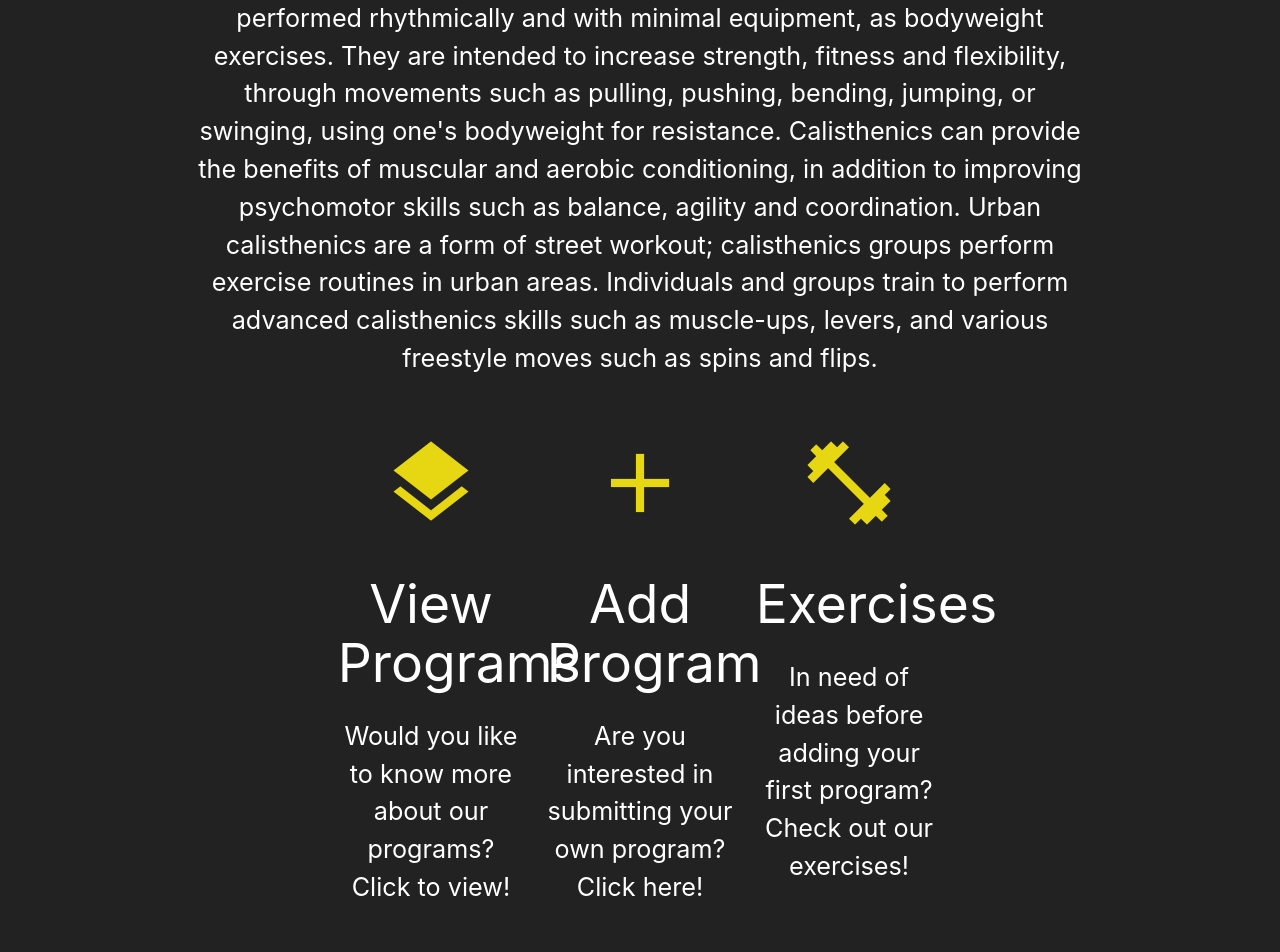
Repository: Ario124/calisthenics-project
Page: http://localhost/
The author's editor kept a record of every edit. The page is drawn from the files as they stood at one moment, then again after the next edit.
The browser window is 1280 px wide. The pictures show the part of the page from y = 1034 to 1986 px (the page is 1986 px tall).
The page is served by the project's application, run on Flask 3 (app.py).

Above is the page before.

### templates/index.html
{% extends 'base.html' %}
{% block content %}

     <div class="video-container">
        <iframe src="///www.youtube.com/embed/FHBtLAvNGo4?start=14&end=103&controls=0&showinfo=0&rel=0&autoplay=1&loop=1&playlist=FHBtLAvNGo4&mute=1" frameborder="0" allowfullscreen></iframe>
      </div>


                <div class="container">
                    <div class="col s12 center">
                        <h1 class="center">What is Calisthenics?</h1>

                        <p class="flow-text">
                            Calisthenics is a form of exercise consisting of a variety of movements which exercise large muscle groups
                            (gross motor movements), such as running, standing, grasping, pushing, etc. These exercises are often performed rhythmically
                            and with minimal equipment, as bodyweight exercises.<span class ="hide-on-small-only"> They are intended to increase strength, fitness and flexibility, through
                            movements such as pulling, pushing, bending, jumping, or swinging, using one's bodyweight for resistance. Calisthenics can provide
                            the benefits of muscular and aerobic conditioning, in addition to improving psychomotor skills such as balance, agility and coordination.

                            Urban calisthenics are a form of street workout; calisthenics groups perform exercise routines in urban areas.
                            Individuals and groups train to perform advanced calisthenics skills such as muscle-ups, levers, and various freestyle moves such as spins and flips.</span>

                        </p>

                        <ul class="hide-on-large-only collapsible">
                            <li>
                                <div class="collapsible-header"><i class="material-icons">info_outline</i>Read More</div>
                                <div class="collapsible-body"><span>They are intended to increase strength, fitness and flexibility, through
                            movements such as pulling, pushing, bending, jumping, or swinging, using one's bodyweight for resistance. Calisthenics can provide
                            the benefits of muscular and aerobic conditioning, in addition to improving psychomotor skills such as balance, agility and coordination.

                            Urban calisthenics are a form of street workout; calisthenics groups perform exercise routines in urban areas.
                            Individuals and groups train to perform advanced calisthenics skills such as muscle-ups, levers, and various freestyle moves such as spins and flips.</span></div>
                            </li>
                        </ul>

                       <!--  <div class="row">
                            <div class="">
                                    <i class="icon-size material-icons">arrow_downward</i>
                            </div>

                        </div>

                    </div>

                </div>
              <div class="row contoo">
                    <h2 class="center-align">Training Programs</h2>
                    <h1>TEST</h1>
                    -->
            </div>
        <div class="container">
    <div class="center-align row">

      <div class="col s4">
          <i class="material-icons icon-size icon-color">layers</i>
        <h2>View Programs</h2>
        <p class="flow-text">Would you like to know more about our programs? Click to view!</p>
      </div>
      <div class="col s4">
          <i class="material-icons icon-size icon-color">add</i>
        <h2>Add Program</h2>
        <p class="flow-text">Are you interested in submitting your own program? Click here!</p>
      </div>
      <div class="col s4">
          <i class="material-icons icon-size icon-color">fitness_center</i>
        <h2>Exercises</h2>
        <p class="flow-text">In need of ideas before adding your first program? Check out our exercises!</p>
      </div>

    </div>
        </div>



{% endblock %}

### templates/base.html
<!DOCTYPE html>
<html lang="en">
<head>
    <link href="https://fonts.googleapis.com/icon?family=Material+Icons" rel="stylesheet">
    <link rel="stylesheet" href="https://cdnjs.cloudflare.com/ajax/libs/materialize/1.0.0/css/materialize.min.css">
    <link rel="stylesheet" href="{{url_for('static', filename="css/main.css")}}" type="text/css" />

    <title>Calisthenics Project</title>
    <link rel="icon" href="https://d1ujqdpfgkvqfi.cloudfront.net/favicon-generator/htdocs/favicons/2019-09-19/50f3ab5b7a10e0ae0911c83435938cd6.ico.png">
</head>
<body>
    <header>

        <div class="navbar-fixed">
            <nav>
                <div class="nav-wrapper">
                    <a href="{{url_for('home')}}" class="brand-logo center"><i class="material-icons hoomee">home</i>Calisthenics</a>
                    <a href="#" data-target="mobile-demo" class="sidenav-trigger"><i class="material-icons">menu</i></a>
                    <ul class="right hide-on-med-and-down">
                        <li><a href="{{url_for('get_programs')}}">View Programs</a></li>
                        <li><a href="{{url_for('add_program')}}">Add Program</a></li>
                        <li><a href="{{url_for('exercises')}}">Exercises</a></li>
                        <li><a href="{{url_for('contact')}}">Contact Us</a></li>
                    </ul>
                </div>
            </nav>

            <ul class="sidenav" id="mobile-demo">
                <li><a href="{{url_for('get_programs')}}">View Programs</a></li>
                <li><a href="{{url_for('add_program')}}">Add Program</a></li>
                <li><a href="{{url_for('exercises')}}">Exercises</a></li>
                <li><a href="{{url_for('contact')}}">Contact Us</a></li>
            </ul>
        </div>



    </header>
    {% block content %} {% endblock %}

    <script src="https://cdnjs.cloudflare.com/ajax/libs/jquery/3.4.1/jquery.min.js"></script>
    <script src="https://cdnjs.cloudflare.com/ajax/libs/materialize/1.0.0/js/materialize.min.js"></script>


    <!--- Problem with new Chrome version, seems like the materialize dropdown is not working properly.
              Due to this incident you might have to click twice before being able to select.--->

    <script type="text/javascript">
        M.AutoInit()
    </script>

</body>

</html>

### app.py
import os
from flask import Flask, render_template, redirect, request, url_for
from flask_pymongo import PyMongo
from bson.objectid import ObjectId

app = Flask(__name__)


app.config["MONGO_DBNAME"] = 'calisthenics-project'
app.config["MONGO_URI"] = 'mongodb+srv://root:pasol005@myfirstcluster-qno2b.mongodb.net/calisthenics?retryWrites=true&w=majority'


mongo = PyMongo(app)

@app.route('/')
@app.route('/home')
def home():
    return render_template('index.html')

@app.route('/add_program')
def add_program():
    return render_template('add_program.html', categories =mongo.db.categories.find(), difficulty =mongo.db.difficulty.find())


@app.route('/categories')
def categories():
    return render_template('categories.html')

@app.route('/contact')
def contact():
    return render_template('contact.html')

@app.route('/get_programs')
def get_programs():
    return render_template('programs.html',
        training_programs=mongo.db.training_programs.find(), description =mongo.db.description.find())


@app.route('/insert_program', methods=['POST'])
def insert_program():
    training_programs = mongo.db.training_programs
    training_programs.insert_one(request.form.to_dict())
    return redirect(url_for('get_programs'))

@app.route('/edit_program/<program_id>')
def edit_program(program_id):
    _program = mongo.db.training_programs.find_one({"_id": ObjectId(program_id)})
    _categories = mongo.db.categories.find()
    _difficulty = mongo.db.difficulty.find()
    category_list = [category for category in _categories]
    difficulty_list = [difficult for difficult in _difficulty]
    return render_template('edit_program.html', program = _program, categories = category_list, difficulties = difficulty_list)


@app.route('/update_program/<program_id>', methods=['POST'])
def update_program(program_id):
    training_programs = mongo.db.training_programs
    training_programs.update({'_id': ObjectId(program_id)},
    {
        'category_name':request.form.get('category_name'),
        'difficulty_level':request.form.get('difficulty_level'),
        'program_name':request.form.get('program_name'),
        'exercise':request.form.get('exercise'),
        'exercise2':request.form.get('exercise2'),
        'exercise3':request.form.get('exercise3'),
        'sets_amount':request.form.get('sets_amount'),
        'sets_amount2':request.form.get('sets_amount2'),
        'sets_amount3':request.form.get('sets_amount3'),
        'reps_amount':request.form.get('reps_amount'),
        'reps_amount2':request.form.get('reps_amount2'),
         'reps_amount3':request.form.get('reps_amount3'),
        'equipment_required':request.form.get('equipment_required'),
        'description':request.form.get('description')
    })
    return redirect(url_for('get_programs'))

@app.route('/add_exercise')
def add_exercise():
    return render_template('add_exercise.html')


@app.route('/delete_program/<program_id>')
def delete_program(program_id):
    mongo.db.training_programs.remove({'_id': ObjectId(program_id)})
    return redirect(url_for('get_programs'))


@app.route('/exercises')
def exercises():
    return render_template('exercises.html')

if __name__ == '__main__':
    app.run(host=os.environ.get('IP'),
            port=int(os.environ.get('PORT')),
            debug=True)

### static/css/main.css
nav {
    background-color: #317a90f7;

}

.brand-logo {
    font-size: 40px;
}

.video-container iframe, .video-container object, .video-container embed {
    position: absolute;
    top: 0;
    left: 0;
    width: 100%;
    height: 100%;

}


.circle {
    width: 36%;
}

.video-container {
    bottom: 65px;
    z-index: -4;
}

.collapsible-header {
background-color: transparent;
}

.icon-size {
    font-size: 100px;
    margin-top:30px;
}

.contoo {
    background-color: #212525e8;
    color: orange;
}

.program-header {
    margin-top: 5px;
}

.colored-title {
    color: #e85a13;
}

.icon-color {
    color: #e6d712;
}

.icon-color2 {
    color: #24eabe;
}

.btn-colored {
    background-color: #71c4d8e0;
}

.btn-colored:hover {
    background-color: #3196af;
}

.img-test {
    background-image: url("/static/images/Pushups.jpg");
}

.icon-exercises {
    font-size: 100px;
    margin-top:30px;
    color: #f91d1d;
}

.expert_title {
    margin-bottom: 30px;
    margin-top: 30px;
}
body {
    background-color: #222;
    color: white;
}

nav .brand-logo i, .hoomee {
    font-size: 40px;
}

.select-dropdown {
    color: white;
}

.select-dropdown li.disabled>span {
    color: white;
}

.select-dropdown:focus {
    color:white;
}

input {
    color:white;


}

.container {
    color:white;
}

textarea.materialize-textarea {
    color:white;
}

.dropdown-content {
    background-color: #313131;
}

.dropdown-content li>span {
    color:white;
}

.select-wrapper .caret {
    fill:white
}

.sidenav-overlay {
    opacity: 0 !important;
}

After the next edit:
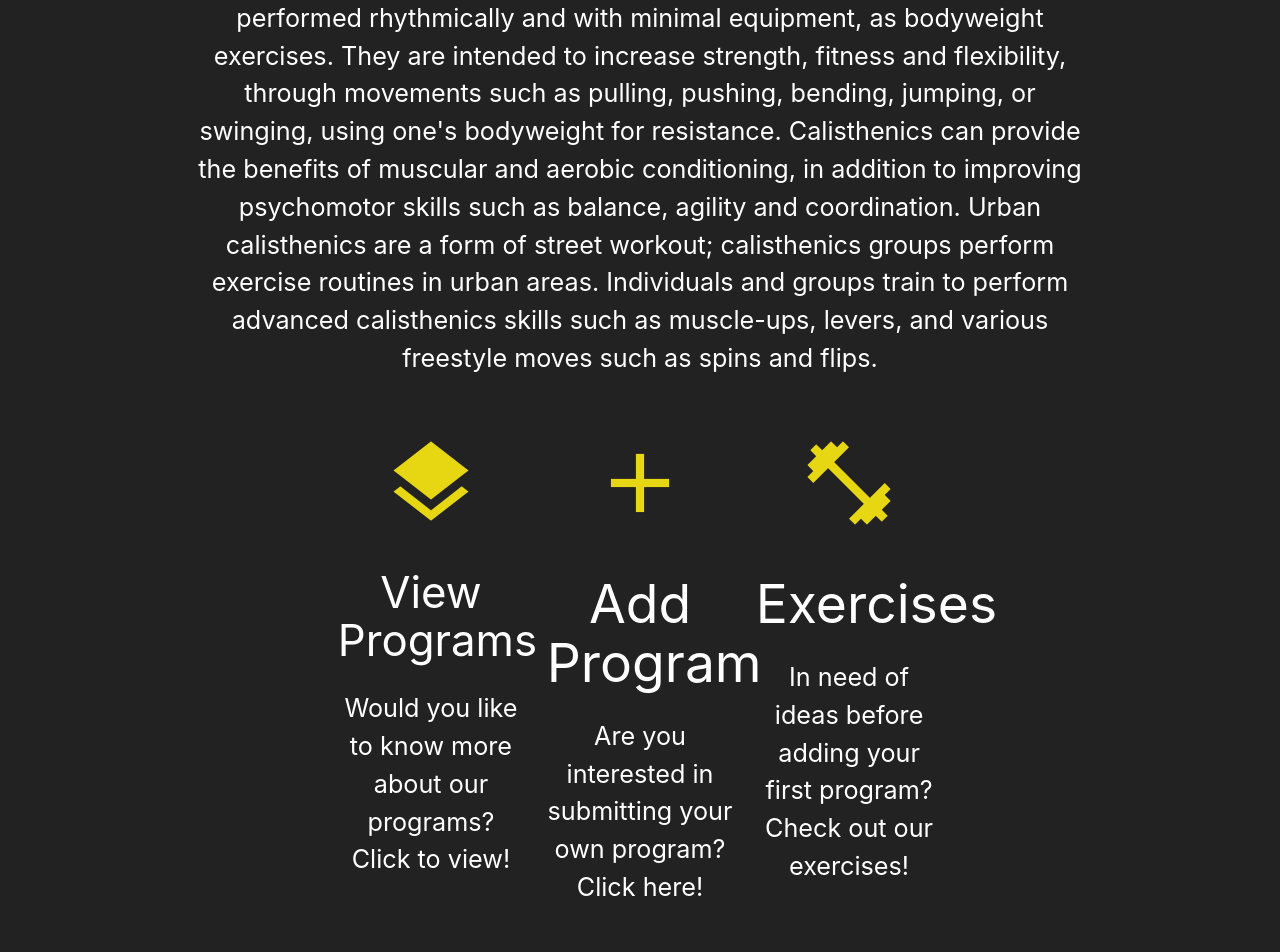
The edit:
--- a/templates/index.html
+++ b/templates/index.html
@@ -54,7 +54,7 @@
 
       <div class="col s4">
           <i class="material-icons icon-size icon-color">layers</i>
-        <h2>View Programs</h2>
+        <h3>View Programs</h3>
         <p class="flow-text">Would you like to know more about our programs? Click to view!</p>
       </div>
       <div class="col s4">
